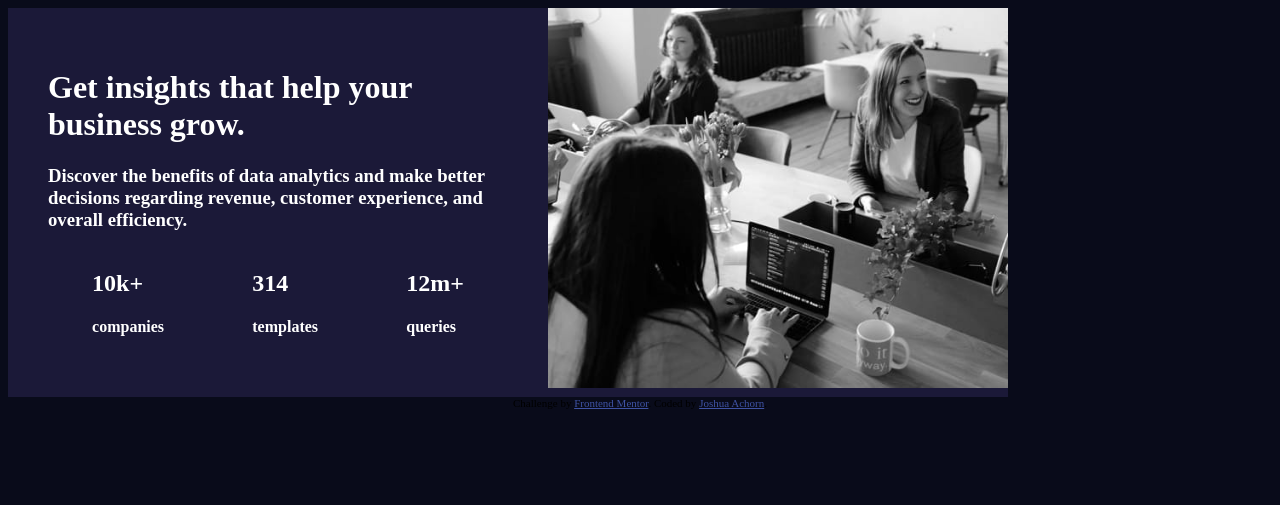
Repository: Achorn/stats-preview-card
Page: index.html
These files come from the project's save history. The page is drawn as it stood at one moment and after the next save; the edit follows.
The browser window is 1280 px wide. The pictures show the whole page.

Above is the page before, as saved 2021-06-16 16:12:35.

After the next save:
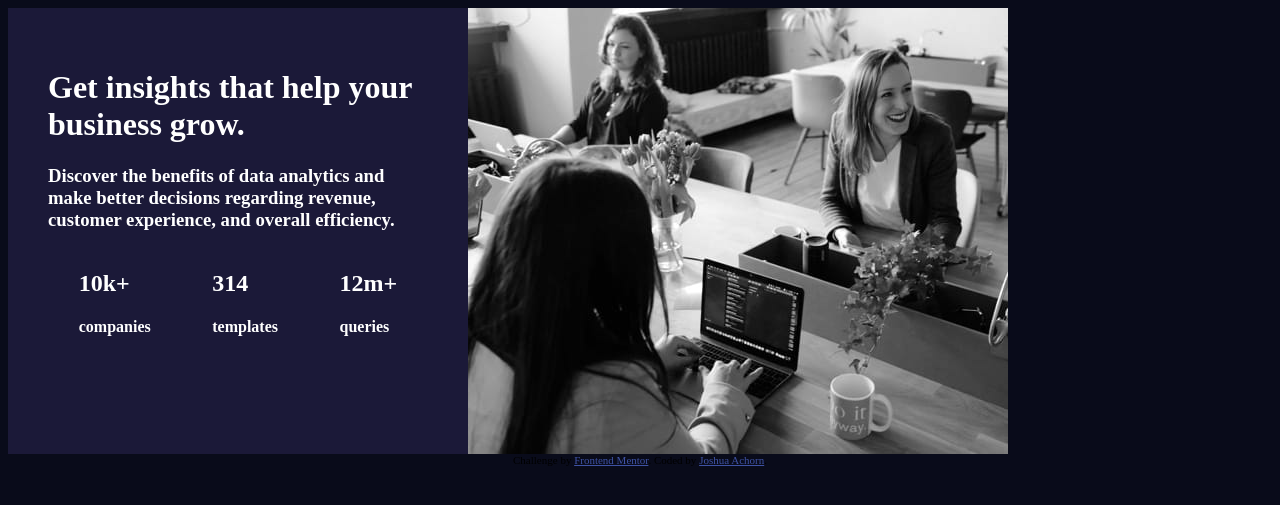
Saved 79 s later.
--- a/index.html
+++ b/index.html
@@ -51,9 +51,7 @@
           </div>
         </div>
       </div>
-      <div id="img-container">
-        <img id="stat-image" src="/images/image-header-desktop.jpg" alt="" />
-      </div>
+      <img id="stat-image" src="/images/image-header-desktop.jpg" alt="" />
     </div>
     <div class="attribution">
       Challenge by
